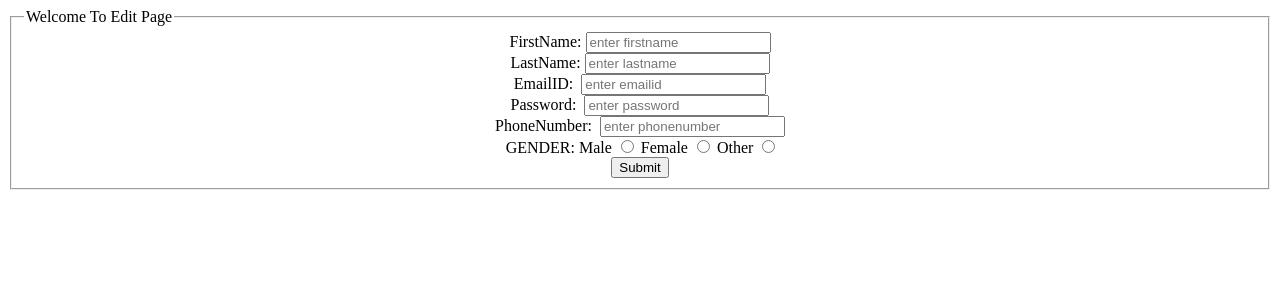
Repository: Tharungandhi/ServeltProject
Page: http://localhost/ServletJDBCApp/edit.jsp
An editor plug-in stored every save of this project. The page is shown before and after the next save, followed by the edit.
The browser window is 1280 px wide. The pictures show the whole page.
The page is served by Tomcat 9.

Above is the page before, as saved 2019-01-29 09:39:38.

After the next save:
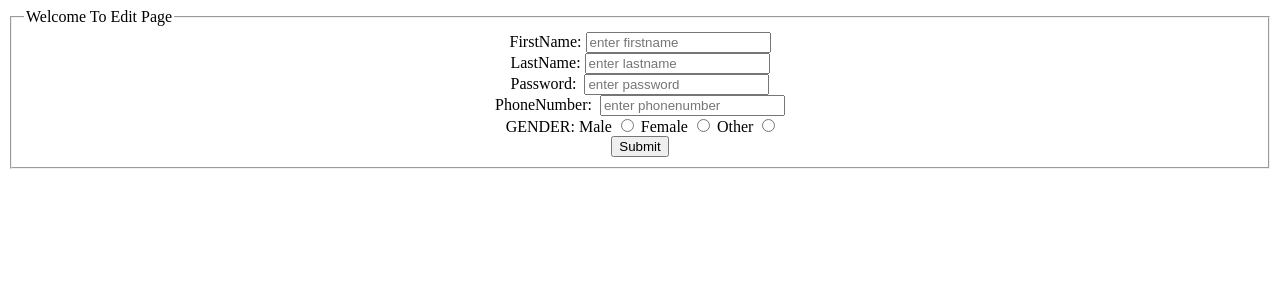
Saved 2 min 3 s later.
--- a/ServletJDBCApp/WebContent/edit.jsp
+++ b/ServletJDBCApp/WebContent/edit.jsp
@@ -32,10 +32,10 @@ for(Cookie cookie : cookies){
 				<label>LastName:</label> <input type="text" name="lastname"
 					placeholder="enter lastname" value="" />
 			</div>
-			<div>
+<!-- 			<div>
 				<label>EmailID:</label> &nbsp;<input type="email" name="emailid"
 					placeholder="enter emailid" value="" />
-			</div>
+			</div> -->
 			<div>
 				<div>
 					<label>Password:</label> &nbsp;<input type="password"
